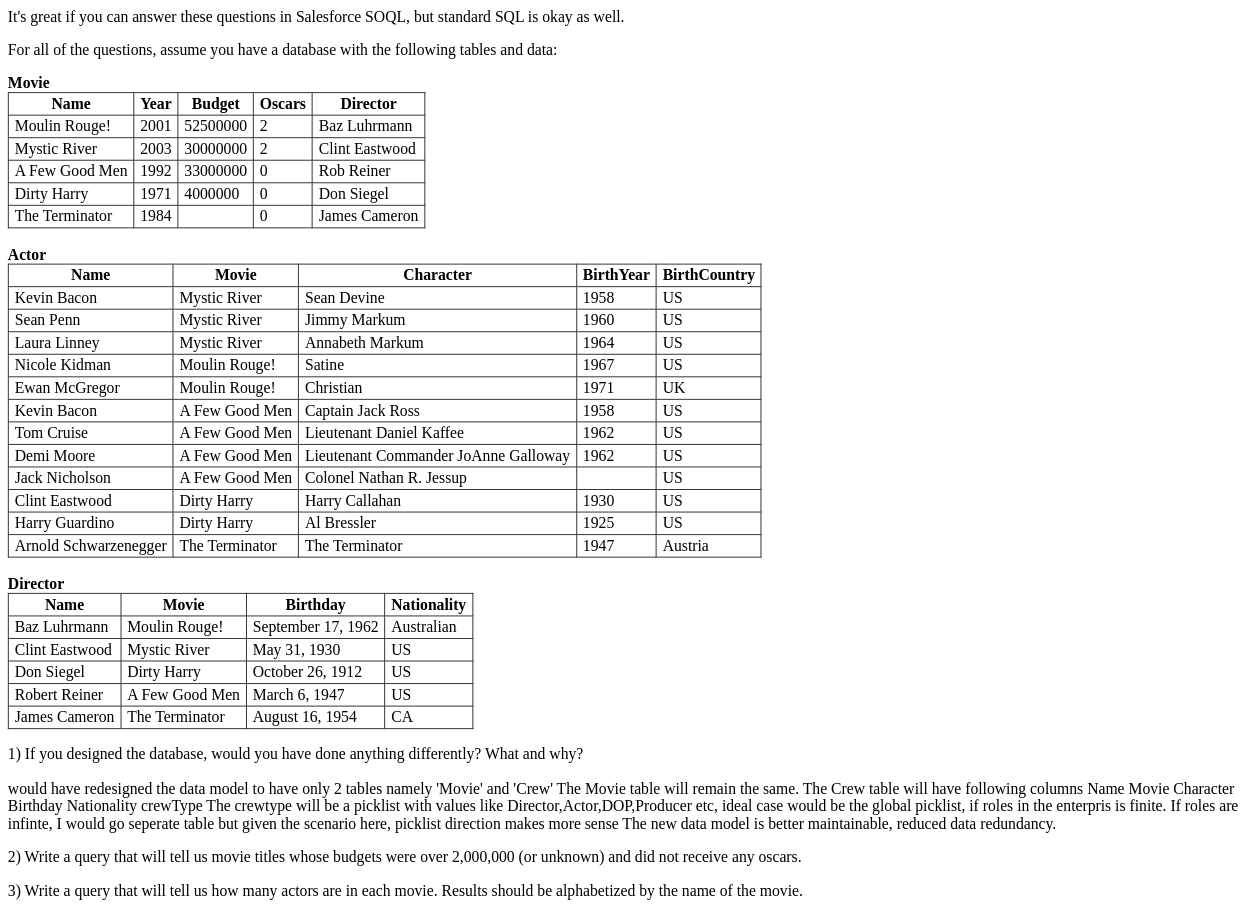
Repository: akhil33/AFFRM
Page: AFFIRM-NON-SFDC/Database.html
These files come from the project's save history. The page is drawn as it stood at one moment and after the next save; the edit follows.
The browser window is 1280 px wide. The pictures show the whole page, at 98% of full size.

Above is the page before, as saved 2022-04-07 16:21:20.

After the next save:
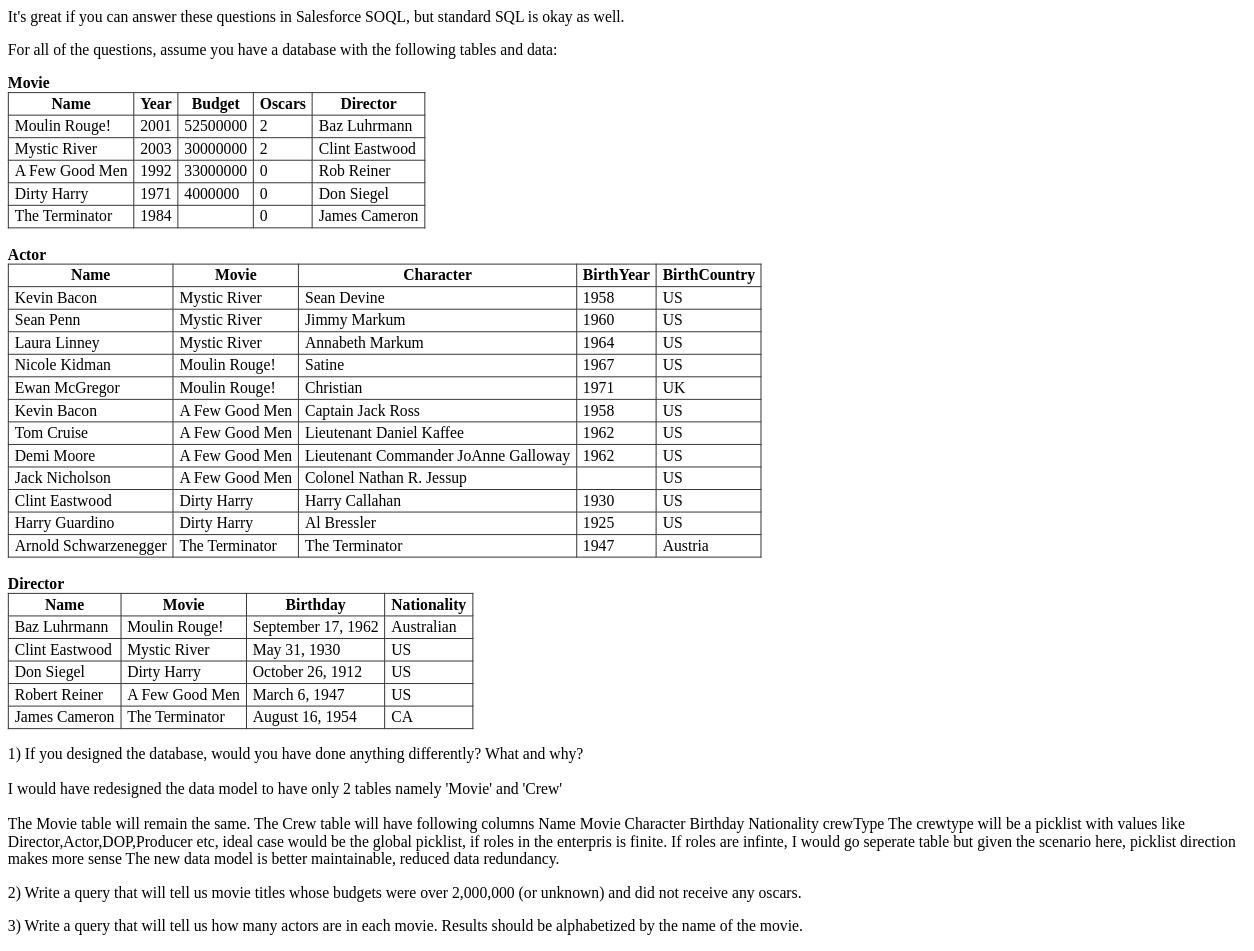
Saved 31 s later.
--- a/AFFIRM-NON-SFDC/Database.html
+++ b/AFFIRM-NON-SFDC/Database.html
@@ -197,20 +197,20 @@
 
 		<p>1) If you designed the database, would you have done anything differently? What and why?
 			<br></br>
-			<span>would have redesigned the data model to have only 2 tables namely 'Movie' and 'Crew'
-
-				The Movie table will remain the same.
-				The Crew table will have following columns
-					Name
-					Movie
-					Character
-					Birthday
-					Nationality
-					crewType
-				The crewtype will be a picklist with values like Director,Actor,DOP,Producer etc, ideal case would be the global picklist, if roles in the enterpris is finite. If roles are infinte, I would go seperate table but
-				given the scenario here, picklist direction makes more sense
-
-				The new data model is better maintainable, reduced data redundancy.</span>
+			I would have redesigned the data model to have only 2 tables namely 'Movie' and 'Crew'
+			<br></br>
+			The Movie table will remain the same.
+			The Crew table will have following columns
+				Name
+				Movie
+				Character
+				Birthday
+				Nationality
+				crewType
+			The crewtype will be a picklist with values like Director,Actor,DOP,Producer etc, ideal case would be the global picklist, if roles in the enterpris is finite. If roles are infinte, I would go seperate table but
+			given the scenario here, picklist direction makes more sense
+
+			The new data model is better maintainable, reduced data redundancy.
 
 		<p>2) Write a query that will tell us movie titles whose budgets were over 2,000,000 (or unknown) and did not receive any oscars.
 
